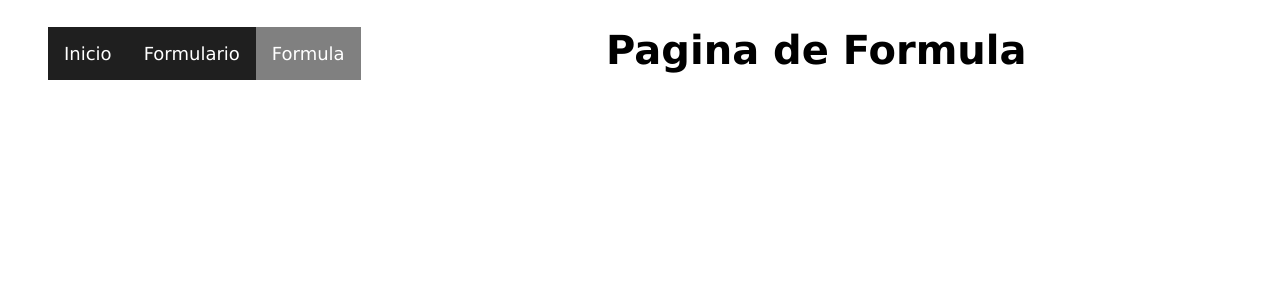
Repository: misterySnow94/tutoriales
Page: pagina basica/formula.html
An editor plug-in stored every save of this project. The page is shown before and after the next save, followed by the edit.
The browser window is 1280 px wide. The pictures show the whole page.

Above is the page before, as saved 2019-11-04 00:31:26.

After the next save:
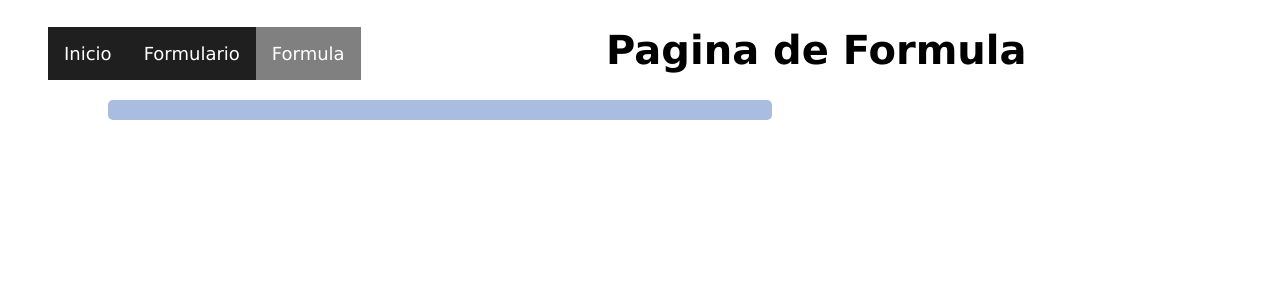
Saved 67 s later.
--- a/pagina basica/formula.html
+++ b/pagina basica/formula.html
@@ -18,6 +18,8 @@
 
     <div class="contenido">
         <h1>Pagina de Formula</h1>
+
+        <form action=""></form>
     </div>
 </body>
 </html>
